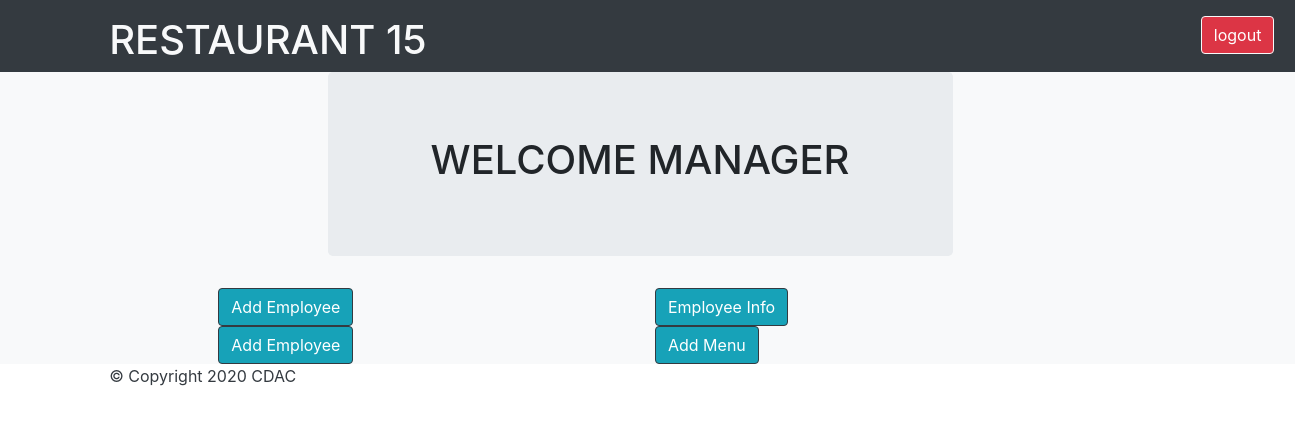
Repository: Pedaxx-IT-solution/E-Waiter-Stuff-
Page: http://localhost/ProjectEwaiter/WEB-INF/views/welcomemgr.jsp
The author's editor kept a copy of each file at every save. The page is drawn from the files as they stood at one save, then again after the next save.
The browser window is 1280 px wide. The page is 1295 px wide, so the pictures cover 1295 px, including what lies to the right of the window. The pictures show the whole page.
The page is served by Tomcat 9. Nobody is signed in. The template is opened directly, without the code that normally fills it, so the values that code supplies are empty.

Above is the page before, as saved 2020-01-25 22:45:04.

After the next save:
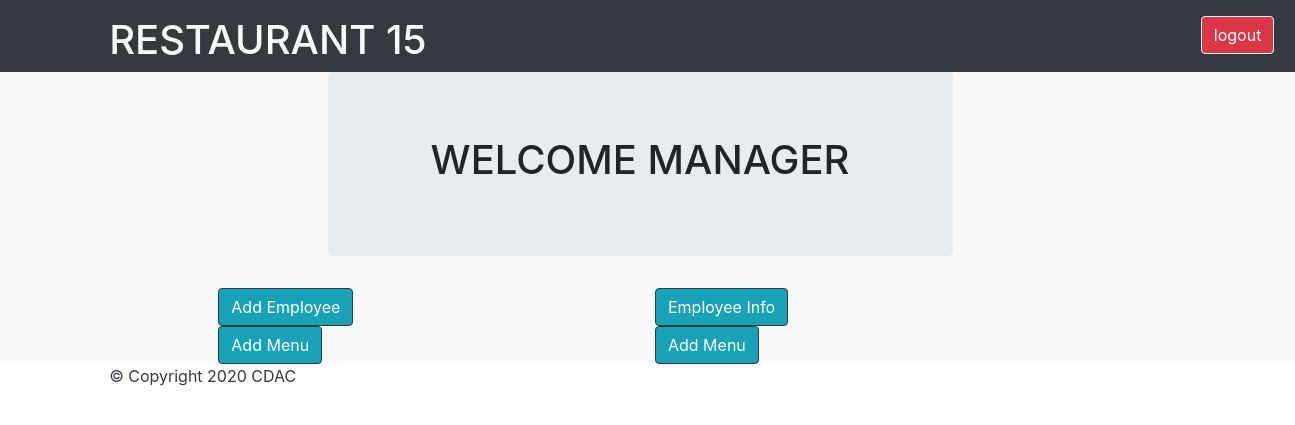
Saved 7 s later.
--- a/MyProject/ProjectEwaiter/src/main/webapp/WEB-INF/views/welcomemgr.jsp
+++ b/MyProject/ProjectEwaiter/src/main/webapp/WEB-INF/views/welcomemgr.jsp
@@ -64,13 +64,13 @@ response.setHeader("Expires", "0");
 			<div class="col-2"></div>
 			<div class="col-4">
 
-					<a href="/user/register" class="btn btn-info border-dark" role="button">Add Employee</a>
+										<a href="/user/menu/addMenu" class="btn btn-info border-dark" role="button">Add Menu</a>
 
 			</div>
 
 			<div class=" col-4">
 
-										<a href="/user/menu/addMenu" class="btn btn-info border-dark" role="button">Add Menu</a>
+							<a href="/user/menu/addMenu" class="btn btn-info border-dark" role="button">Add Menu</a>
 			</div>
 			<div class="col-2"></div>
 
